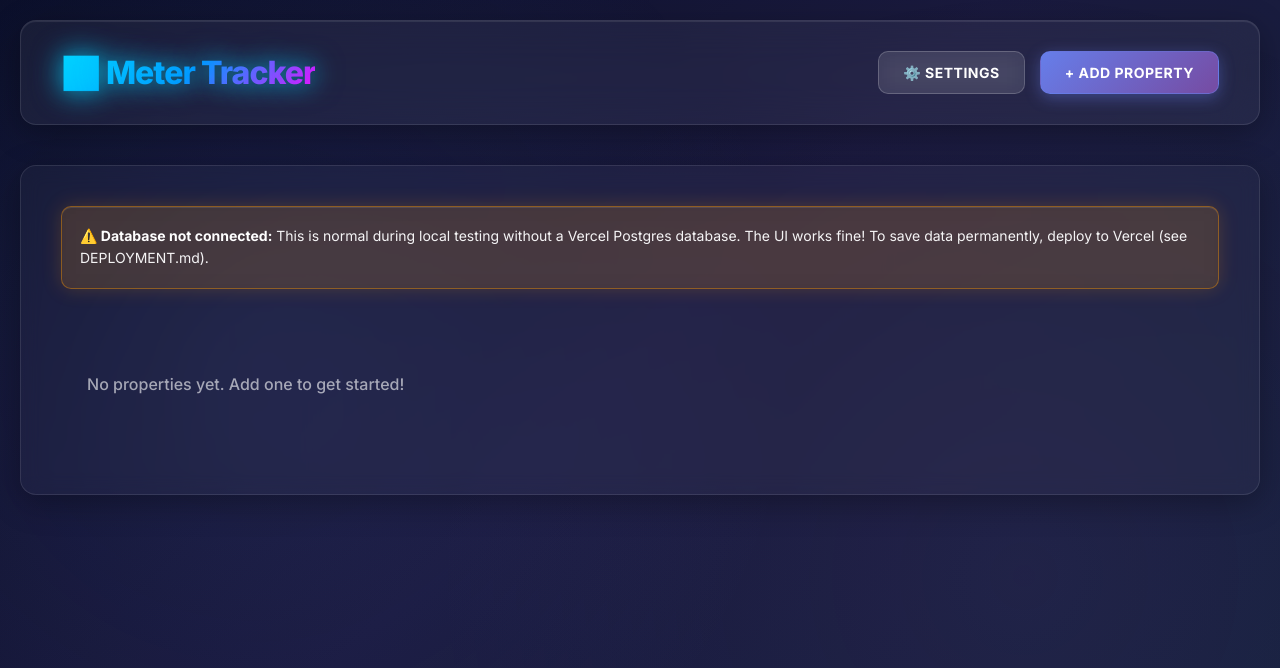
Repository: roshanreddy118/AI-Meter-Management
Page: /
These files come from the project's save history. The page is drawn as it stood at one moment and after the next save; the edit follows.
The browser window is 1280 px wide. The pictures show the whole page.
The page's requests for data from a server got no answer. The project was rebuilt for these pictures with package versions that can differ from the ones it lists, and the page was loaded fresh each time. The framework's server and built-in components were replaced by stand-ins that run in the browser. No one was signed in, and anything a server would have sent is missing. Also part of the build but not shown: next.config.js.

Above is the page before, as saved 2026-06-10 18:59:11.

After the next save:
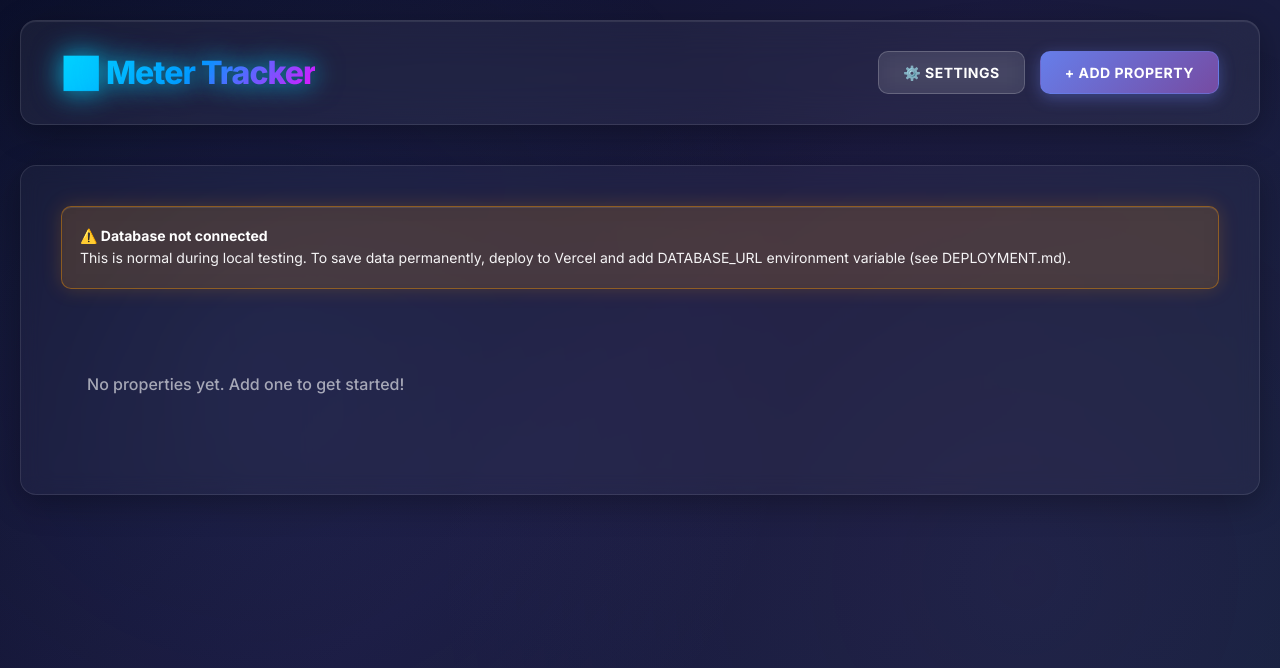
Saved 19 s later.
--- a/app/page.js
+++ b/app/page.js
@@ -241,7 +241,21 @@ export default function Home() {
       <main>
         {!databaseConnected && (
           <div className="alert-warning">
-            <strong>⚠️ Database not connected:</strong> This is normal during local testing without a Vercel Postgres database. The UI works fine! To save data permanently, deploy to Vercel (see DEPLOYMENT.md).
+            <strong>⚠️ Database not connected</strong>
+            <br/>
+            {typeof window !== 'undefined' && window.location.hostname === 'localhost' ? (
+              <>This is normal during local testing. To save data permanently, deploy to Vercel and add DATABASE_URL environment variable (see DEPLOYMENT.md).</>
+            ) : (
+              <>
+                Database connection failed. Please:
+                <ul style={{marginLeft: '20px', marginTop: '8px'}}>
+                  <li>Check that DATABASE_URL is set in Vercel environment variables</li>
+                  <li>Verify the Neon connection string is correct (https://console.neon.tech)</li>
+                  <li>Go to Deployments → Redeploy latest</li>
+                  <li>Check browser console for detailed error</li>
+                </ul>
+              </>
+            )}
           </div>
         )}
         <div className="properties-grid">
